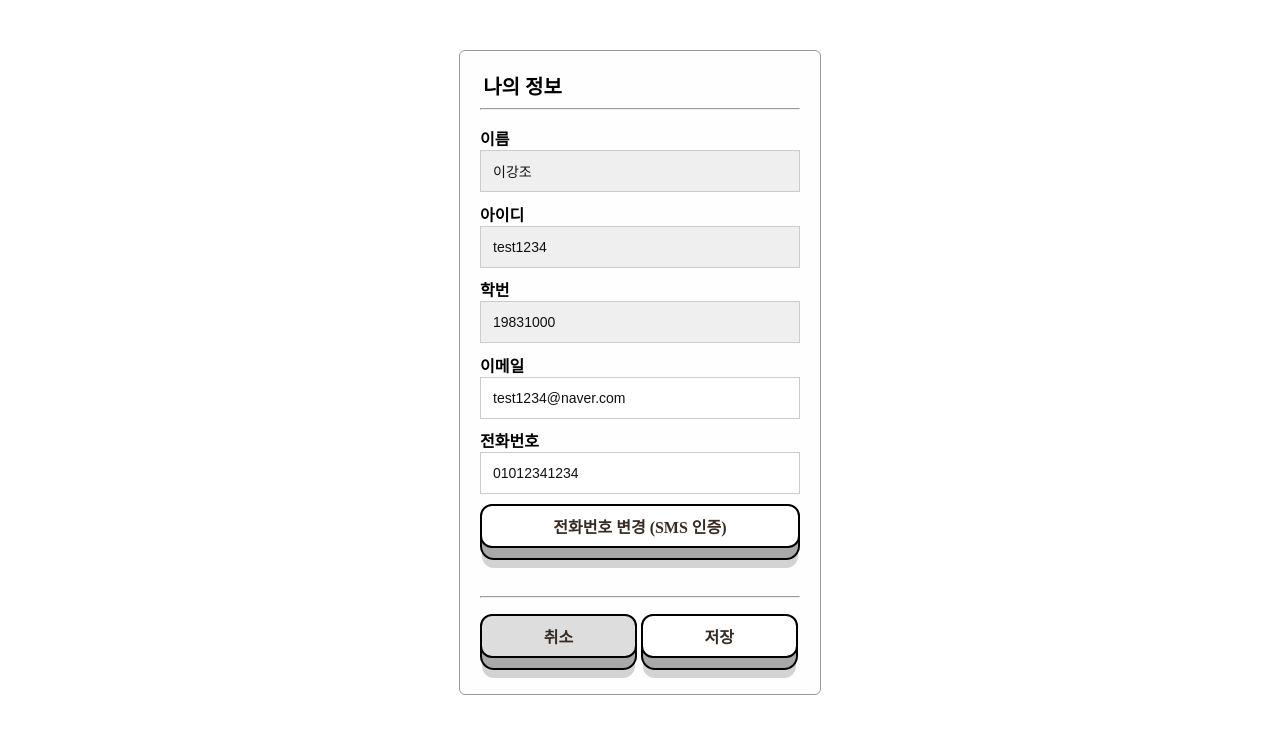
Repository: acredev/Restaurant_Management_System
Page: leekangjo/WebContent/jsp/mypage/myinfo.html
These files come from the project's save history. The page is drawn as it stood at one moment and after the next save; the edit follows.
The browser window is 1280 px wide. The pictures show the whole page.

Above is the page before, as saved 2023-05-18 08:14:42.

After the next save:
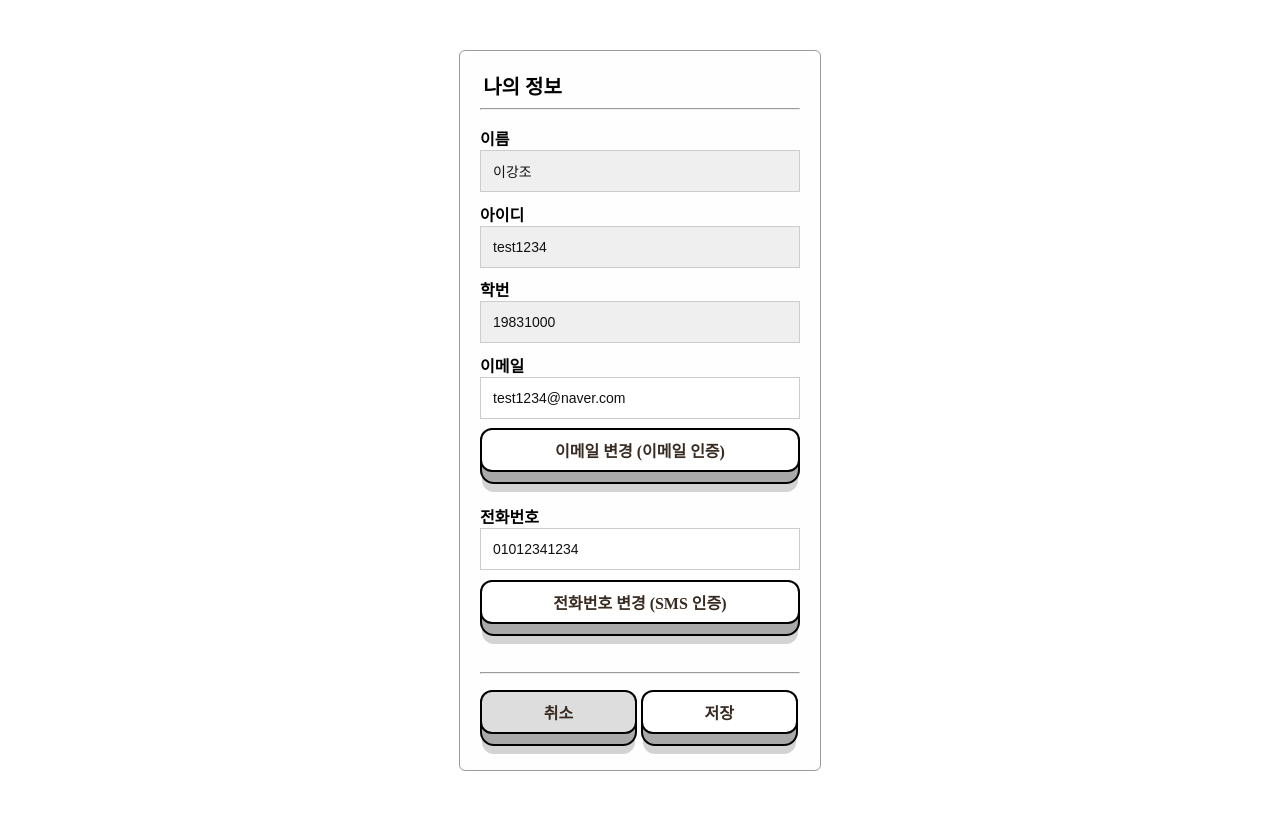
Saved 102 s later.
--- a/leekangjo/WebContent/jsp/mypage/myinfo.html
+++ b/leekangjo/WebContent/jsp/mypage/myinfo.html
@@ -22,6 +22,7 @@
                     <input type="number" id="stdid" name="stdid" value='19831000' readonly >
                     <a>이메일</a>
                     <input type="text" id="useremail" name="useremail" value='test1234@naver.com' maxlength="30" >
+                    <button type="button" id="email_change" class="tagbarBT " onclick="alert('민혁선배. 잠깐만 이리 와주세요.')">이메일 변경 (이메일 인증)</button>
                     <a>전화번호</a>
                     <input type="number" id="usertel" name="usertel" value='01012341234' >
                         <button type="button" id="telnum_change" class="tagbarBT " onclick="alert('민혁선배. 잠깐만 이리 와주세요.')">전화번호 변경 (SMS 인증)</button>
